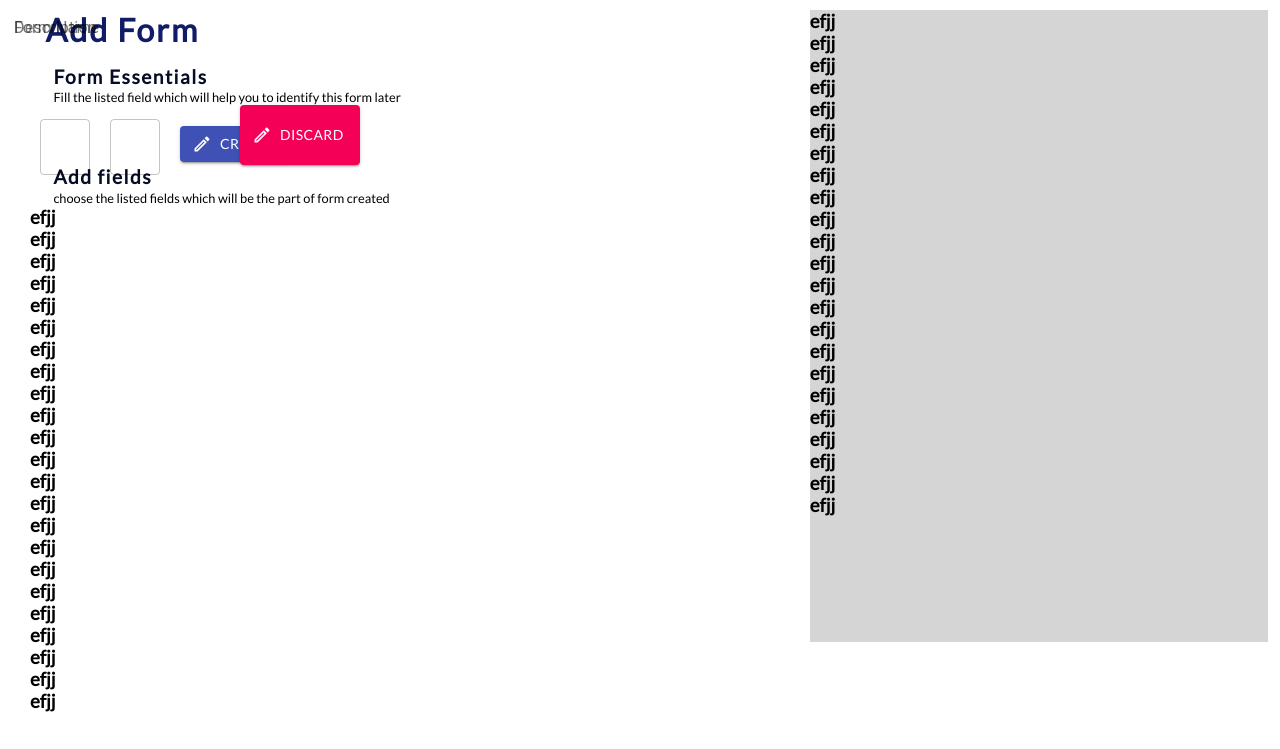
Repository: Architjain128/df
Page: /add
The author's editor kept a copy of each file at every save. The page is drawn from the files as they stood at one save, then again after the next save.
The browser window is 1280 px wide. The pictures show the whole page.
The project was rebuilt for these pictures with package versions that can differ from the ones it lists, and the page was loaded fresh each time. Also part of the build but not shown: src/App.css, src/dftable.js, src/dataForm.js.

Above is the page before, as saved 2021-06-25 16:08:36.

After the next save:
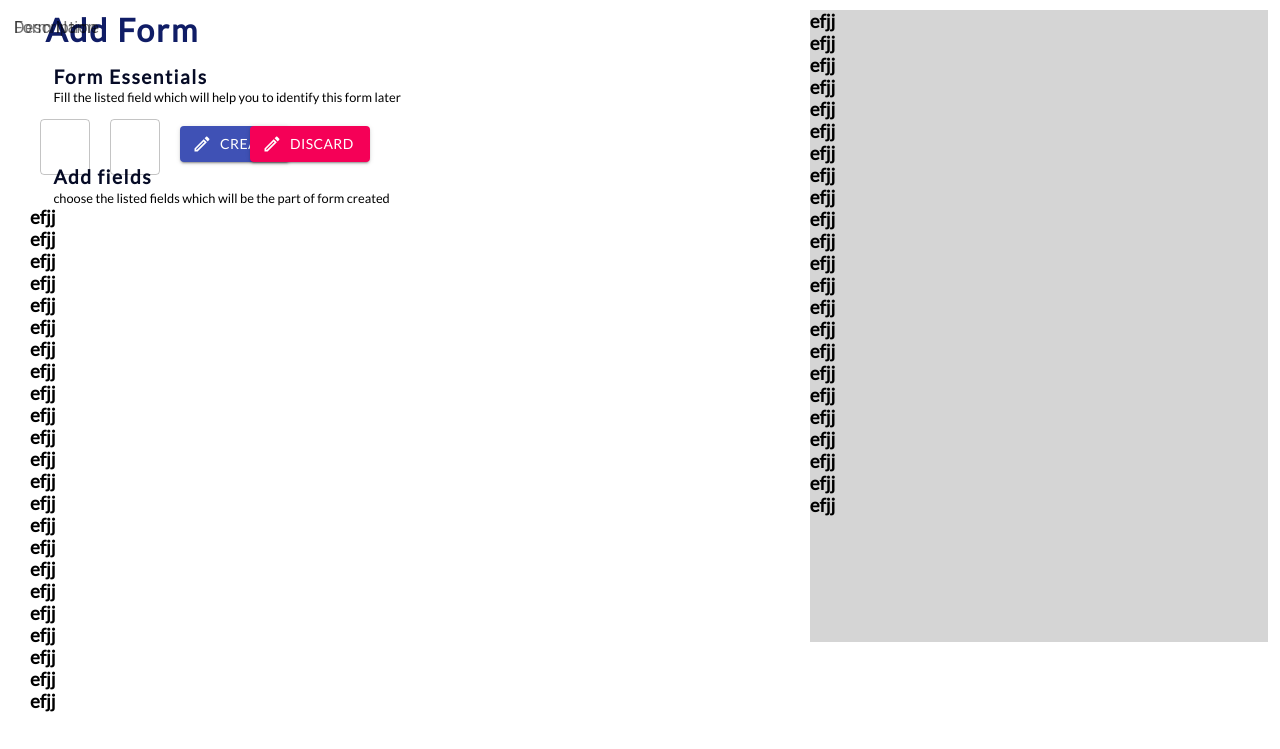
Saved 4 s later.
--- a/src/addDataForm.js
+++ b/src/addDataForm.js
@@ -17,7 +17,7 @@ class AddDataForm extends Component{
                                 <TextField id="outlined-basic" class="flex-item" label="Form Name" variant="outlined" /><br/>
                                 <TextField id="outlined-basic-large" class="flex-item" label="Description" variant="outlined"/>
                                 <div className="df-create2" class="flex-item"><Button variant="contained" color="primary" startIcon={<CreateOutlinedIcon />}> Create </Button></div>
-                                <div className="df-create2"><Button variant="contained" href='/' color="secondary" startIcon={<CreateOutlinedIcon />}> Discard </Button></div>
+                                <div className="df-create2" class="flex-item"><Button variant="contained" href='/' color="secondary" startIcon={<CreateOutlinedIcon />}> Discard </Button></div>
                             </div>
                             <div className="df-subtitle">Add fields</div>
                             <div className="df-description" >choose the listed fields which will be the part of form created</div>
